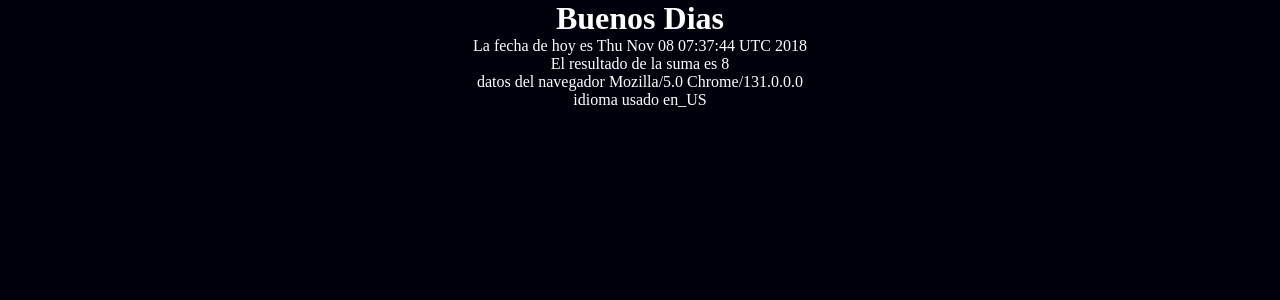
Repository: rengifolu/Blog
Page: http://localhost/PrimerosPasosJSP/saludo.jsp
An editor plug-in stored every save of this project. The page is shown before and after the next save, followed by the edit.
The browser window is 1280 px wide. The pictures show the whole page.
The page is served by Tomcat 9.

Above is the page before, as saved 2018-11-09 09:27:28.

After the next save:
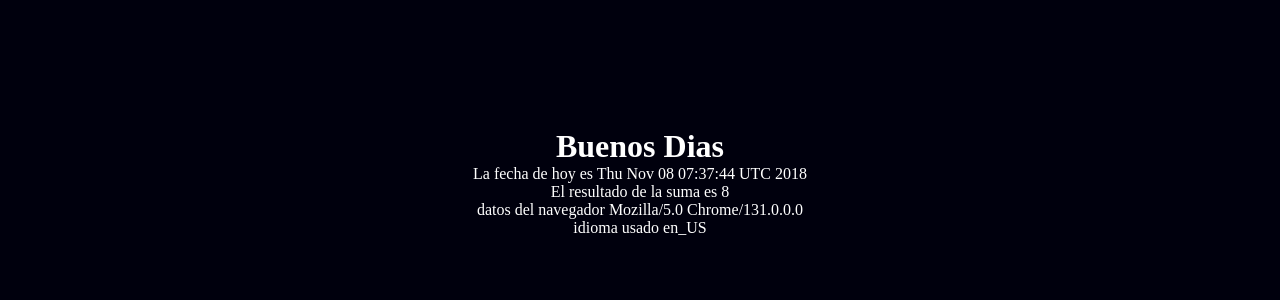
Saved 45 s later.
--- a/PrimerosPasosJSP/WebContent/style.css
+++ b/PrimerosPasosJSP/WebContent/style.css
@@ -10,3 +10,7 @@ body{
 	color: white;
 	text-align: center;
 }
+
+h1 {
+	padding-top: 10%;
+}
